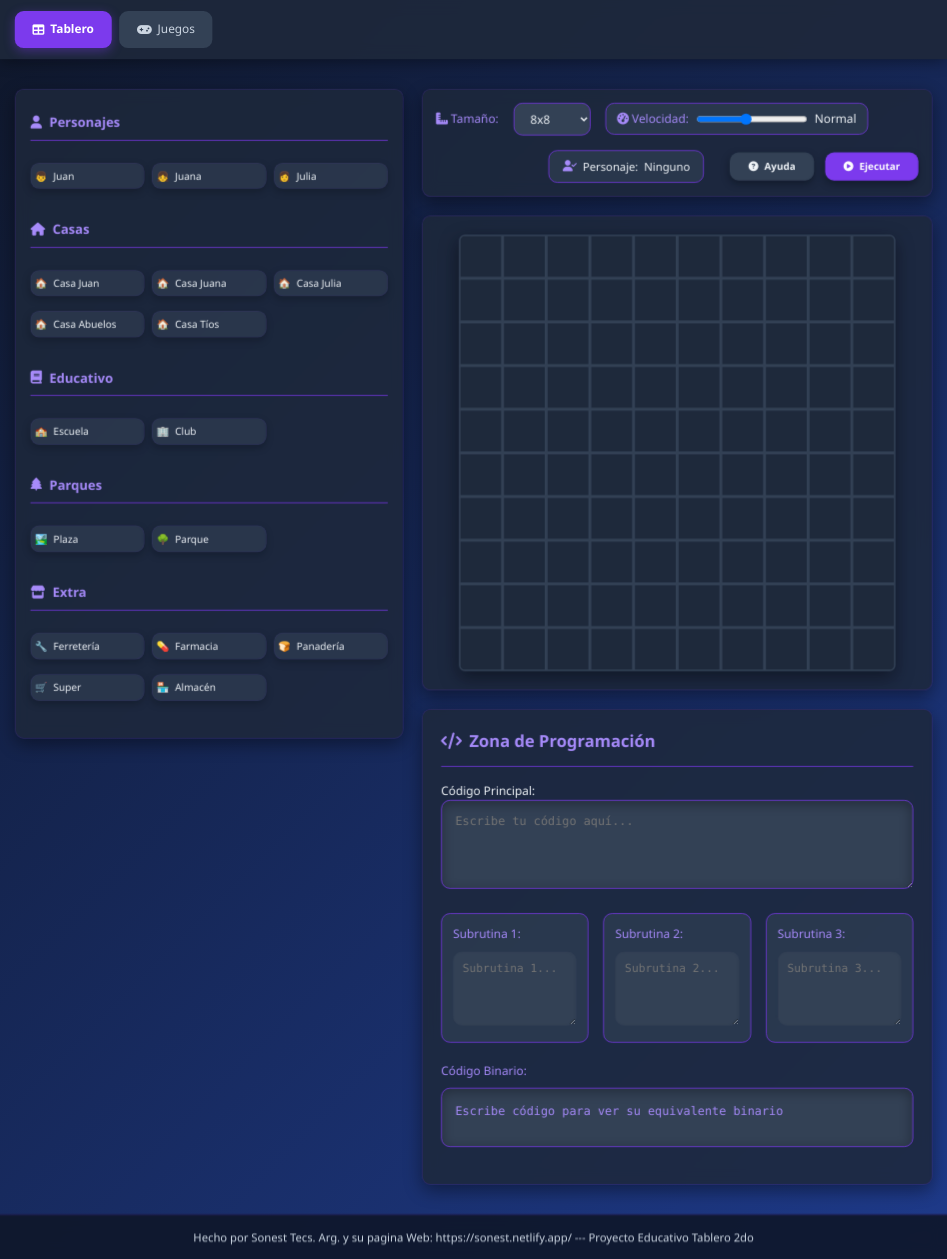
Repository: FabriDevelope/tablero2do
Page: tablero-normal.html
An editor plug-in stored every save of this project. The page is shown before and after the next save, followed by the edit.
The browser window is 1280 px wide. The pictures show the whole page, at 74% of full size.

Above is the page before, as saved 2025-08-22 19:30:59.
Console error: TypeError: Cannot read properties of null (reading 'addEventListener')

### tablero-normal.html
<!DOCTYPE html>
<html lang="es">
<head>
    <meta charset="UTF-8">
    <meta name="viewport" content="width=device-width, initial-scale=1.0">
    <title>Tablero 2do - Modo Normal</title>
    <link rel="stylesheet" href="style.css">
    <link rel="stylesheet" href="https://cdnjs.cloudflare.com/ajax/libs/font-awesome/6.4.0/css/all.min.css">
</head>
<body>
    <header>
        <div class="tabs">
            <div class="tab active">
                <i class="fas fa-table"></i> Tablero
            </div>
            <div class="tab" id="gamesTab">
                <i class="fas fa-gamepad"></i> Juegos
            </div>
        </div>
    </header>

    <div class="container">
        <div class="main-container">
            <aside class="sidebar">
                <div class="category">
                    <h3><i class="fas fa-user"></i> Personajes</h3>
                    <div class="element" draggable="true" data-type="character" data-emoji="👦" data-id="juan">
                        <span>👦</span> Juan
                    </div>
                    <div class="element" draggable="true" data-type="character" data-emoji="👧" data-id="juana">
                        <span>👧</span> Juana
                    </div>
                    <div class="element" draggable="true" data-type="character" data-emoji="👩" data-id="julia">
                        <span>👩</span> Julia
                    </div>
                </div>

                <div class="category">
                    <h3><i class="fas fa-home"></i> Casas</h3>
                    <div class="element" draggable="true" data-type="house" data-emoji="🏠" data-id="casa-juan">
                        <span>🏠</span> Casa Juan
                    </div>
                    <div class="element" draggable="true" data-type="house" data-emoji="🏠" data-id="casa-juana">
                        <span>🏠</span> Casa Juana
                    </div>
                    <div class="element" draggable="true" data-type="house" data-emoji="🏠" data-id="casa-julia">
                        <span>🏠</span> Casa Julia
                    </div>
                    <div class="element" draggable="true" data-type="house" data-emoji="🏠" data-id="casa-abuelos">
                        <span>🏠</span> Casa Abuelos
                    </div>
                    <div class="element" draggable="true" data-type="house" data-emoji="🏠" data-id="casa-tios">
                        <span>🏠</span> Casa Tíos
                    </div>
                </div>

                <div class="category">
                    <h3><i class="fas fa-book"></i> Educativo</h3>
                    <div class="element" draggable="true" data-type="educational" data-emoji="🏫" data-id="escuela">
                        <span>🏫</span> Escuela
                    </div>
                    <div class="element" draggable="true" data-type="educational" data-emoji="🏢" data-id="club">
                        <span>🏢</span> Club
                    </div>
                </div>

                <div class="category">
                    <h3><i class="fas fa-tree"></i> Parques</h3>
                    <div class="element" draggable="true" data-type="park" data-emoji="🏞️" data-id="plaza">
                        <span>🏞️</span> Plaza
                    </div>
                    <div class="element" draggable="true" data-type="park" data-emoji="🌳" data-id="parque">
                        <span>🌳</span> Parque
                    </div>
                </div>

                <div class="category">
                    <h3><i class="fas fa-store"></i> Extra</h3>
                    <div class="element" draggable="true" data-type="extra" data-emoji="🔧" data-id="ferreteria">
                        <span>🔧</span> Ferretería
                    </div>
                    <div class="element" draggable="true" data-type="extra" data-emoji="💊" data-id="farmacia">
                        <span>💊</span> Farmacia
                    </div>
                    <div class="element" draggable="true" data-type="extra" data-emoji="🍞" data-id="panaderia">
                        <span>🍞</span> Panadería
                    </div>
                    <div class="element" draggable="true" data-type="extra" data-emoji="🛒" data-id="super">
                        <span>🛒</span> Super
                    </div>
                    <div class="element" draggable="true" data-type="extra" data-emoji="🏪" data-id="almacen">
                        <span>🏪</span> Almacén
                    </div>
                </div>
            </aside>

            <main class="content">
                <div class="board-controls">
                    <label for="boardSize">
                        <i class="fas fa-ruler-combined"></i> Tamaño:
                    </label>
                        <select id="boardSize">
                            <option value="4">4x4</option>
                            <option value="5">5x5</option>
                            <option value="6">6x6</option>
                            <option value="7">7x7</option>
                            <option value="8" selected>8x8</option>
                            <option value="9">9x9</option>
                            <option value="10">10x10</option>
                        </select>

                    <div class="speed-control">
                        <label for="speed">
                            <i class="fas fa-tachometer-alt"></i> Velocidad:
                        </label>
                        <input type="range" id="speed" min="100" max="1000" value="500" step="100">
                        <span id="speedValue">Normal</span>
                    </div>

                    <div class="selection-info">
                        <i class="fas fa-user-check"></i>
                        Personaje: <span id="selectedCharacter">Ninguno</span>
                    </div>

                    <div class="actions">
                        <button id="helpBtn" class="btn">
                            <i class="fas fa-question-circle"></i> Ayuda
                        </button>
                        <button id="runBtn" class="btn primary">
                            <i class="fas fa-play-circle"></i> Ejecutar
                        </button>
                    </div>
                </div>

                <div class="board-container">
                    <div id="board" class="board"></div>
                </div>

                <div class="programming-area">
                    <h3><i class="fas fa-code"></i> Zona de Programación</h3>

                    <div class="code-section">
                        <label for="mainCode">Código Principal:</label>
                        <textarea id="mainCode" placeholder="Escribe tu código aquí..."></textarea>
                    </div>

                    <div class="subroutines">
                        <div class="subroutine">
                            <label for="sub1">Subrutina 1:</label>
                            <textarea id="sub1" placeholder="Subrutina 1..."></textarea>
                        </div>
                        <div class="subroutine">
                            <label for="sub2">Subrutina 2:</label>
                            <textarea id="sub2" placeholder="Subrutina 2..."></textarea>
                        </div>
                        <div class="subroutine">
                            <label for="sub3">Subrutina 3:</label>
                            <textarea id="sub3" placeholder="Subrutina 3..."></textarea>
                        </div>
                    </div>

                    <div class="binary-output">
                        <label for="binaryCode">Código Binario:</label>
                        <div id="binaryCode" class="binary-code"></div>
                    </div>
                </div>
            </main>
        </div>
    </div>

    <div id="helpModal" class="modal">
        <div class="modal-content">
            <span class="close">&times;</span>
            <h2><i class="fas fa-info-circle"></i> Comandos Disponibles</h2>
            <div class="commands-list">
                <div class="command">
                    <div class="cmd-name">mover(der)</div>
                    <div class="cmd-desc">Mover a la derecha</div>
                    <div class="cmd-bin">10010011</div>
                </div>
                <div class="command">
                    <div class="cmd-name">mover(izq)</div>
                    <div class="cmd-desc">Mover a la izquierda</div>
                    <div class="cmd-bin">10010010</div>
                </div>
                <div class="command">
                    <div class="cmd-name">mover(arr)</div>
                    <div class="cmd-desc">Mover arriba</div>
                    <div class="cmd-bin">10010000</div>
                </div>
                <div class="command">
                    <div class="cmd-name">mover(abj)</div>
                    <div class="cmd-desc">Mover abajo</div>
                    <div class="cmd-bin">10010001</div>
                </div>
                <div class="command">
                    <div class="cmd-name">esperar(n)</div>
                    <div class="cmd-desc">Esperar n milisegundos</div>
                    <div class="cmd-bin">00000000</div>
                </div>
                <div class="command">
                    <div class="cmd-name">hacer(n)</div>
                    <div class="cmd-desc">Acción específica (n=1-15)</div>
                    <div class="cmd-bin">1010nnnn</div>
                </div>
                <div class="command">
                    <div class="cmd-name">finhacer</div>
                    <div class="cmd-desc">Fin de acción</div>
                    <div class="cmd-bin">11111111</div>
                </div>
                <div class="command">
                    <div class="cmd-name">call(n)</div>
                    <div class="cmd-desc">Llamar subrutina n (1-3)</div>
                    <div class="cmd-bin">110000nn</div>
                </div>
                <div class="command">
                    <div class="cmd-name">return</div>
                    <div class="cmd-desc">Retornar de subrutina al código principal</div>
                    <div class="cmd-bin">11001111</div>
                </div>
                <div class="command">
                    <div class="cmd-name">agarrar()</div>
                    <div class="cmd-desc">Agarrar objeto</div>
                    <div class="cmd-bin">10101010</div>
                </div>
                <div class="command">
                    <div class="cmd-name">saltar(der)</div>
                    <div class="cmd-desc">Saltar a la derecha</div>
                    <div class="cmd-bin">10011011</div>
                </div>
                <div class="command">
                    <div class="cmd-name">saltar(izq)</div>
                    <div class="cmd-desc">Saltar a la izquierda</div>
                    <div class="cmd-bin">10011010</div>
                </div>
                <div class="command">
                    <div class="cmd-name">saltar(arr)</div>
                    <div class="cmd-desc">Saltar arriba</div>
                    <div class="cmd-bin">10011000</div>
                </div>
                <div class="command">
                    <div class="cmd-name">saltar(abj)</div>
                    <div class="cmd-desc">Saltar abajo</div>
                    <div class="cmd-bin">10011001</div>
                </div>
            </div>

            <div class="examples">
                <h3><i class="fas fa-lightbulb"></i> Ejemplos</h3>
                <p><strong>Movimiento simple:</strong></p>
                <pre>mover(der)
mover(der)
mover(abj)</pre>

                <p><strong>Usando subrutinas:</strong></p>
                <pre>call(1)   # Llama a subrutina 1
mover(izq)
call(2)   # Llama a subrutina 2</pre>

                <p><strong>Subrutina:</strong></p>
                <pre>Hacer(4)
  mover(der)
FinHacer   # Finaliza acción
return # vuelve al codigo principal</pre>
            </div>
        </div>
    </div>

    <footer>
        Hecho por Sonest Tecs. Arg. y su pagina Web: https://sonest.netlify.app/ --- Proyecto Educativo Tablero 2do
    </footer>

    <script src="script.js"></script>
    <script>
        // Configuración específica para el modo normal
        const MODE = 'normal';

        document.addEventListener('DOMContentLoaded', function() {
            // Generar el tablero inicial
            generateBoard(10);

            // Configurar eventos del tablero
            setupBoardEvents();

            // Evento para cambiar tamaño del tablero
            document.getElementById('boardSize').addEventListener('change', function() {
                const size = parseInt(this.value);
                generateBoard(size);
                setupBoardEvents();
            });

            // Evento para la pestaña de Juegos
            document.getElementById('gamesTab').addEventListener('click', function() {
                // Animación de transición
                document.querySelector('.main-container').classList.add('fade-out');
                setTimeout(function() {
                    window.location.href = 'tablero-juegos.html';
                }, 500);
            });

            // Configurar eventos de programación
            setupProgrammingEvents();
        });
    </script>
</body>
</html>

Loaded but not shown: script.js (886 lines, source omitted); style.css (900 lines, source omitted)

After the next save:
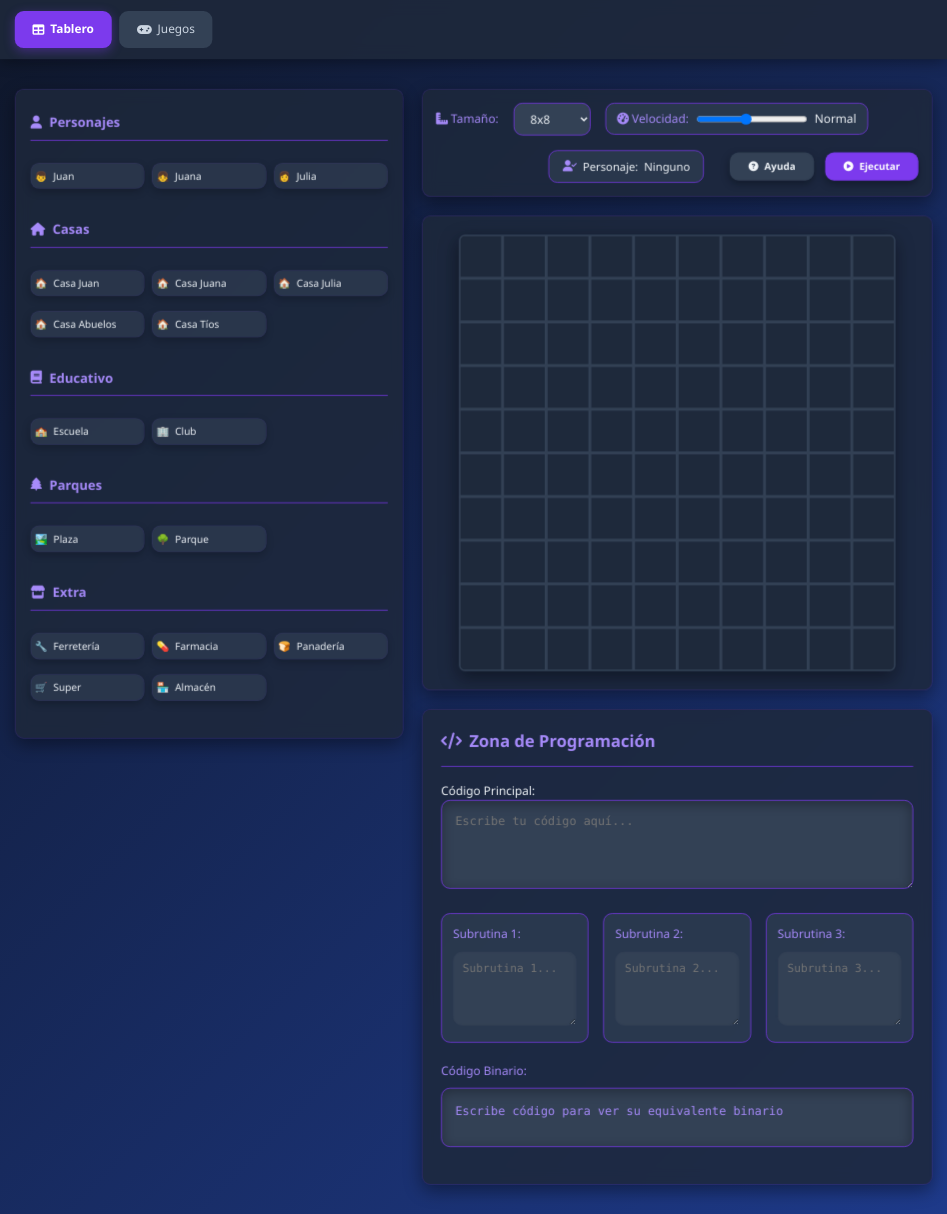
Saved 4 s later.
--- a/tablero-normal.html
+++ b/tablero-normal.html
@@ -266,10 +266,6 @@ return # vuelve al codigo principal</pre>
         </div>
     </div>
 
-    <footer>
-        Hecho por Sonest Tecs. Arg. y su pagina Web: https://sonest.netlify.app/ --- Proyecto Educativo Tablero 2do
-    </footer>
-
     <script src="script.js"></script>
     <script>
         // Configuración específica para el modo normal
